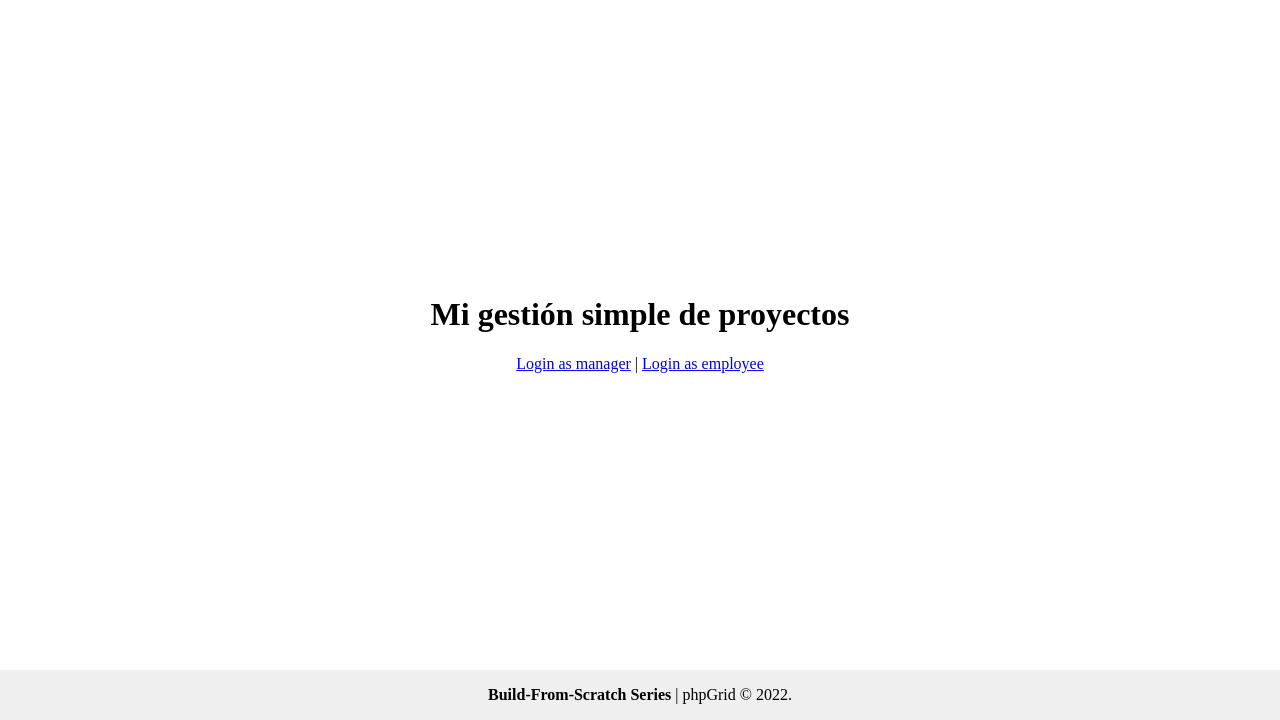
Repository: RaquelAlvarezz/free
Page: http://localhost/php/
These files come from the project's save history. The page is drawn as it stood at one moment and after the next save; the edit follows.
The browser window is 1280 px wide. The pictures show the whole page.
The page is run by PHP 8.4 with error messages shown; the project is at /var/www/html/.

Above is the page before, as saved 2022-01-20 08:20:10.

After the next save:
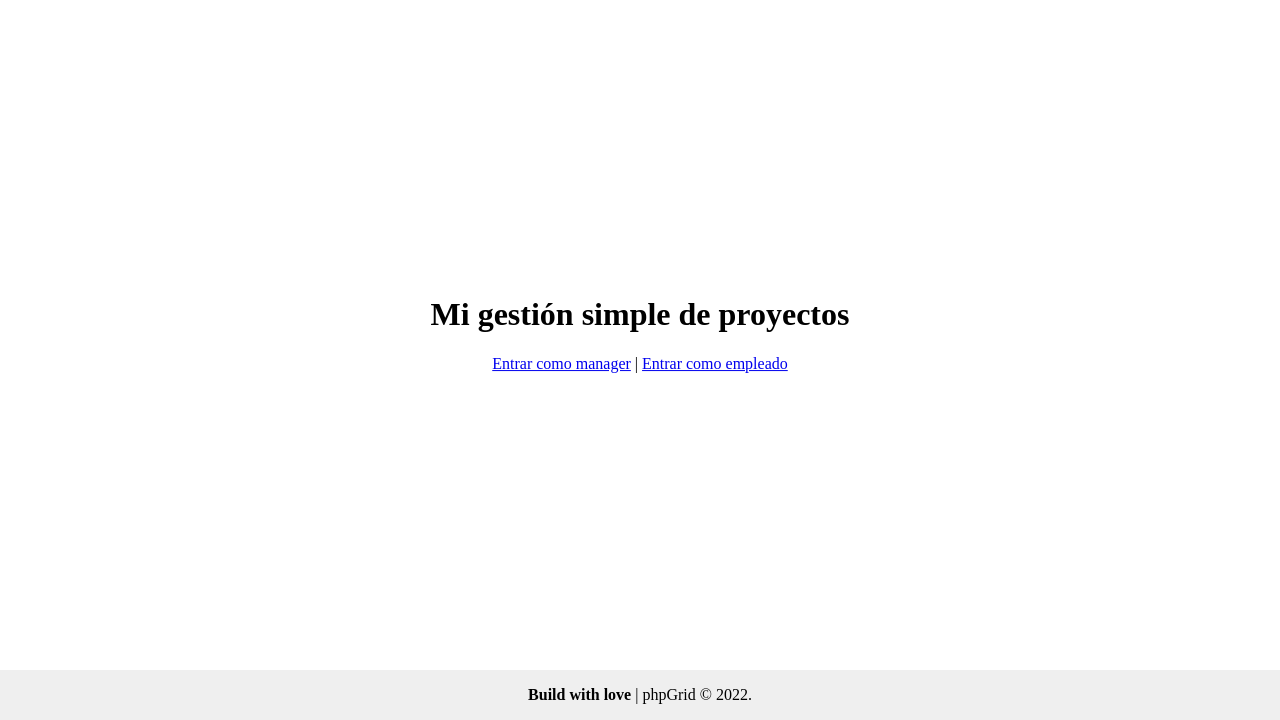
Saved 75 s later.
--- a/index.php
+++ b/index.php
@@ -28,10 +28,10 @@
 <div class="centered">
 <h1>Mi gestión simple de proyectos</h1>
 
-<a href="manager/clients.php" target="_new">Login as manager</a> | <a href="employee/tasks.php" target="_new">Login as employee</a>
+<a href="manager/clients.php" target="_new">Entrar como manager</a> | <a href="employee/tasks.php" target="_new">Entrar como empleado</a>
 </div>
 
-<div class="footer"><strong>Build-From-Scratch Series</strong> | phpGrid &copy; <?php echo date('Y'); ?>.</div>
+<div class="footer"><strong>Build with love</strong> | phpGrid &copy; <?php echo date('Y'); ?>.</div>
 
 </body>
 </html>
